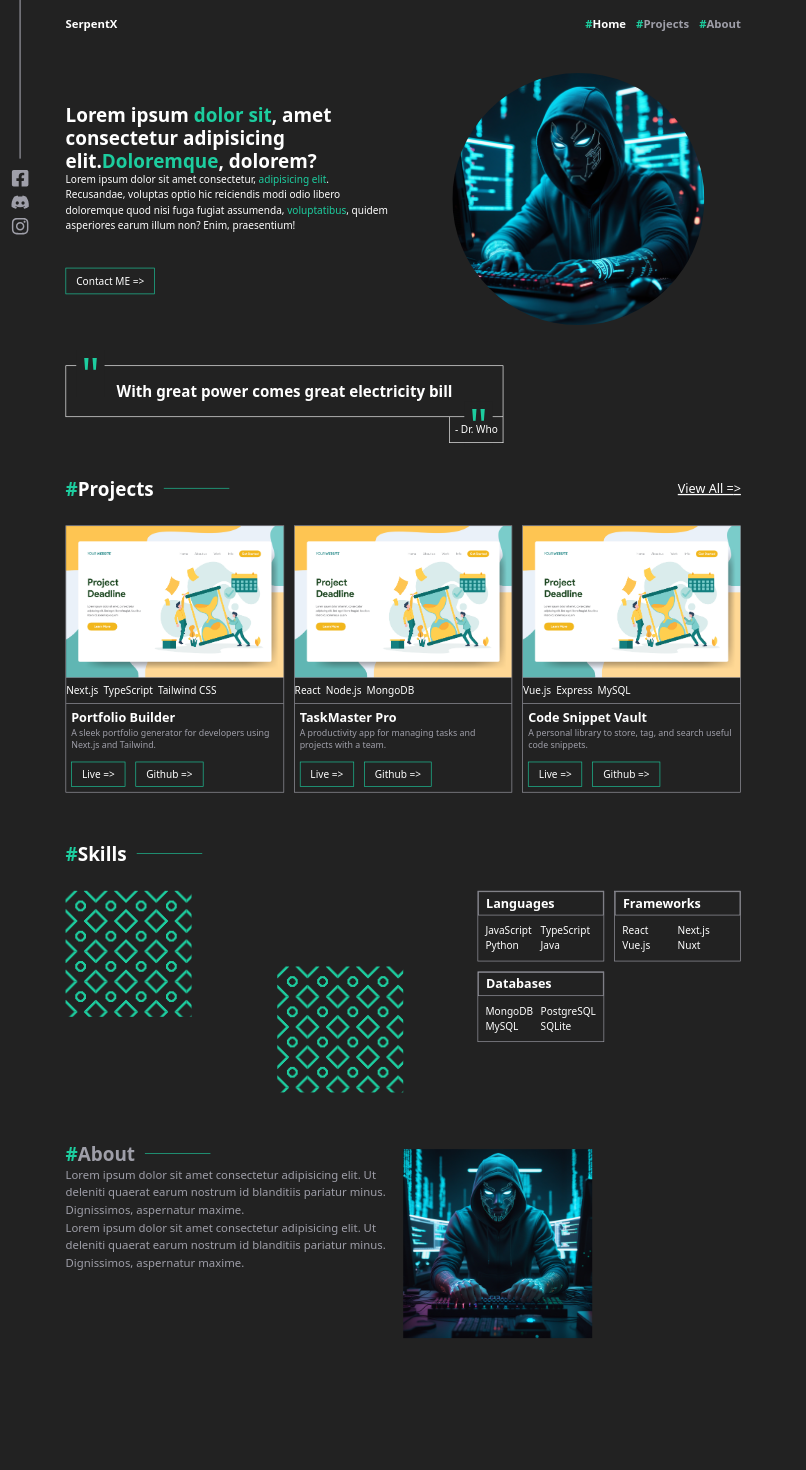
Repository: SERPENTX03/Portfolio-Tutorial
Page: /
The author's editor kept a copy of each file at every save. The page is drawn from the files as they stood at one save, then again after the next save.
The browser window is 1280 px wide. The pictures show the whole page, at 63% of full size.
The project was rebuilt for these pictures with package versions that can differ from the ones it lists, and the page was loaded fresh each time. The framework's server and built-in components were replaced by stand-ins that run in the browser. Also part of the build but not shown: next.config.ts.

Above is the page before, as saved 2025-04-19 21:58:08.

After the next save:
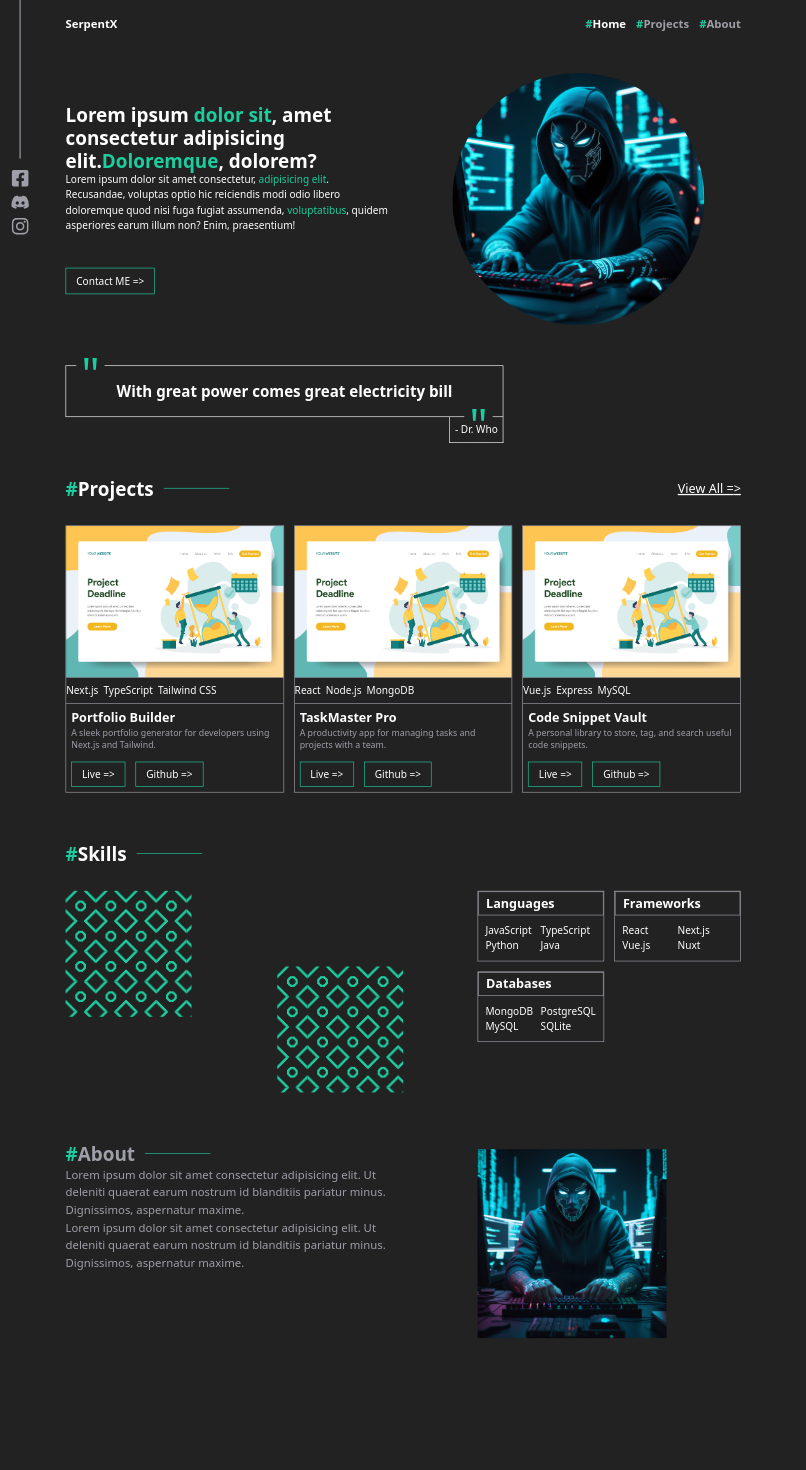
Saved 4 s later.
--- a/components/About.tsx
+++ b/components/About.tsx
@@ -20,7 +20,7 @@ const About = () => {
             aspernatur maxime.
           </h3>
         </div>
-        <div className="w-1/2 h-80 flex items-center">
+        <div className="w-1/2 h-80 flex items-center justify-center">
           <Image src="/images/about.jpg" alt="about" width={300} height={300} />
         </div>
       </div>
